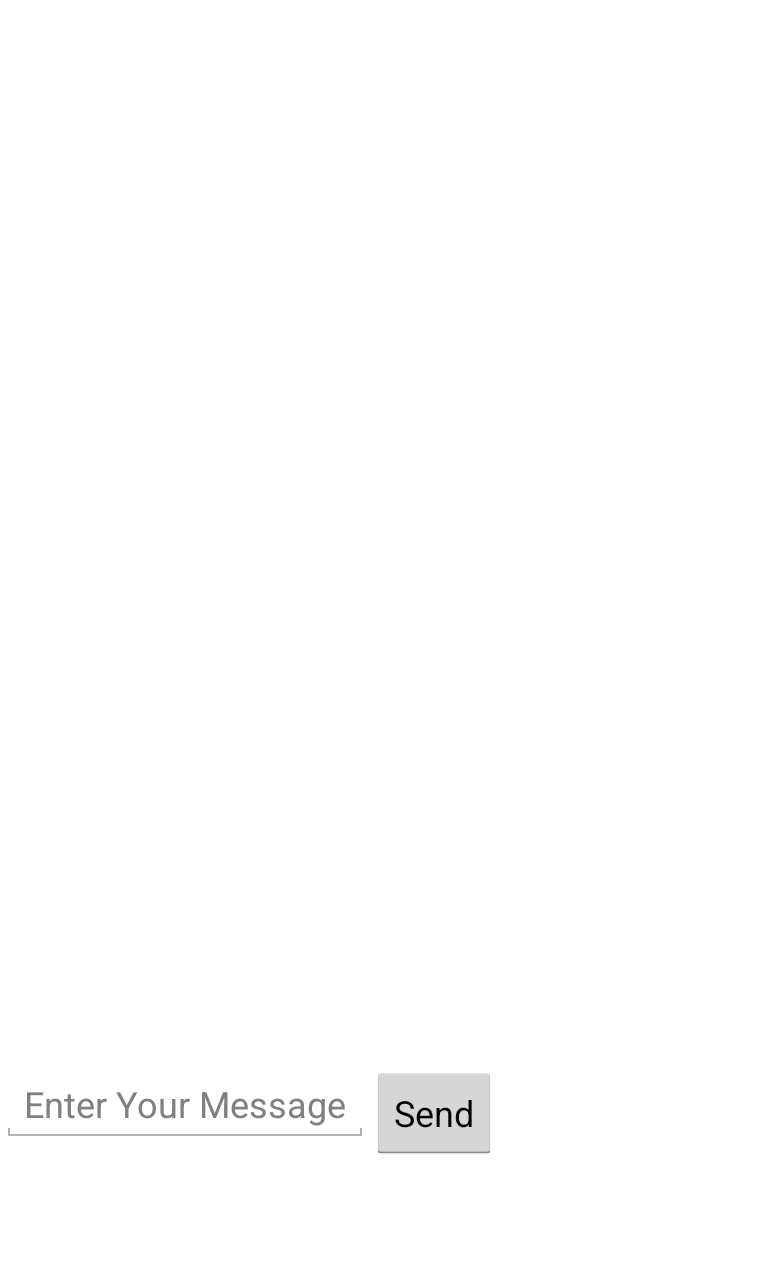
Repository: akshaysoam8/Messenger
Layout: Messenger/Messenger/res/layout/chat_message_send.xml
The author's editor kept a copy of each file at every save. The layout is drawn from the files as they stood at one save, then again after the next save.
It is drawn on a 768 x 1280 px phone screen (xhdpi) without system bars, with theme AppTheme; the app's code is not run. Lists and similar views that code fills are empty.

Above is the layout before, as saved 2014-09-12 21:38:20.

After the next save:
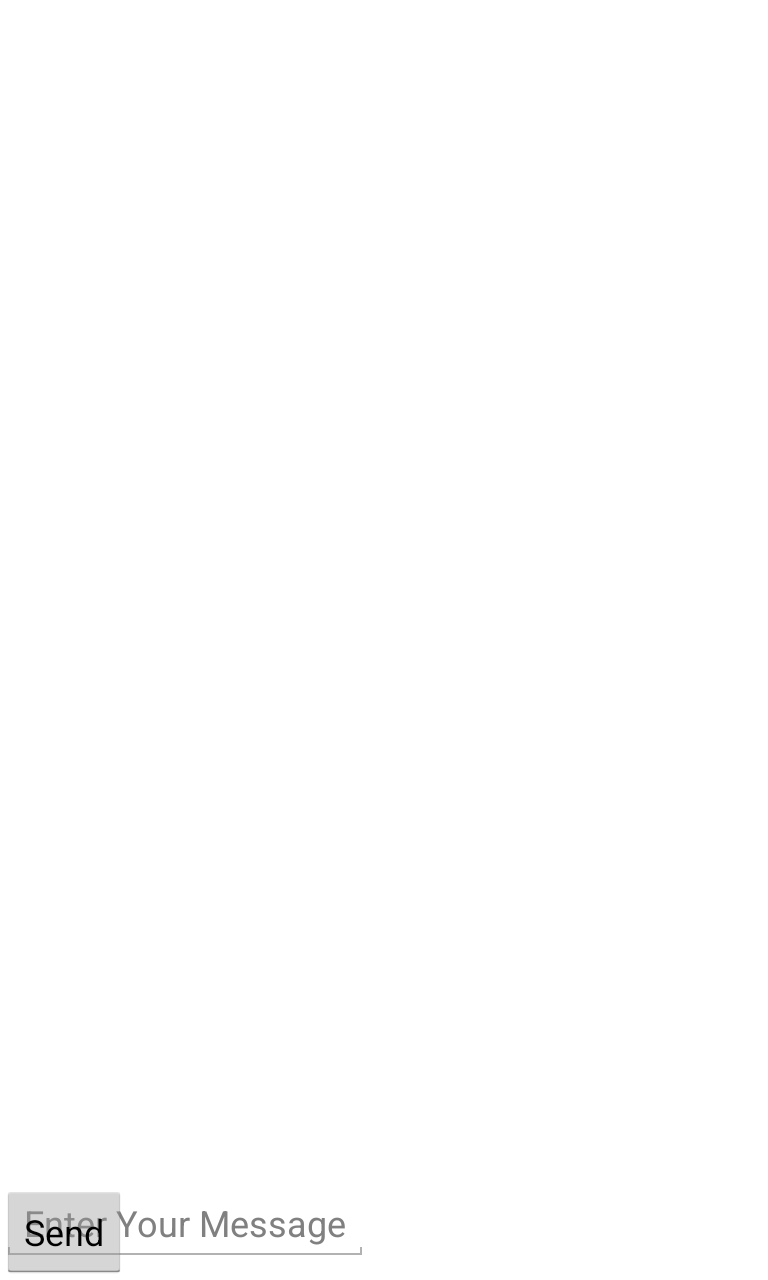
Saved 2 min 29 s later.
--- a/Messenger/Messenger/res/layout/chat_message_send.xml
+++ b/Messenger/Messenger/res/layout/chat_message_send.xml
@@ -18,11 +18,10 @@
         </ListView>
     </LinearLayout>
 
-    <LinearLayout
-        android:id="@+id/send_layout"
-        android:layout_width="match_parent"
+    <RelativeLayout
+        xmlns:android="http://schemas.android.com/apk/res/android"
+        android:layout_width="fill_parent"
         android:layout_height="wrap_content"
-        android:layout_weight="1"
         android:orientation="horizontal" >
 
         <EditText
@@ -38,6 +37,8 @@
             android:layout_gravity="right"
             android:text="Send" >
         </Button>
-    </LinearLayout>
+    </RelativeLayout>
+
+</LinearLayout><LinearLayout>
 
 </LinearLayout>
